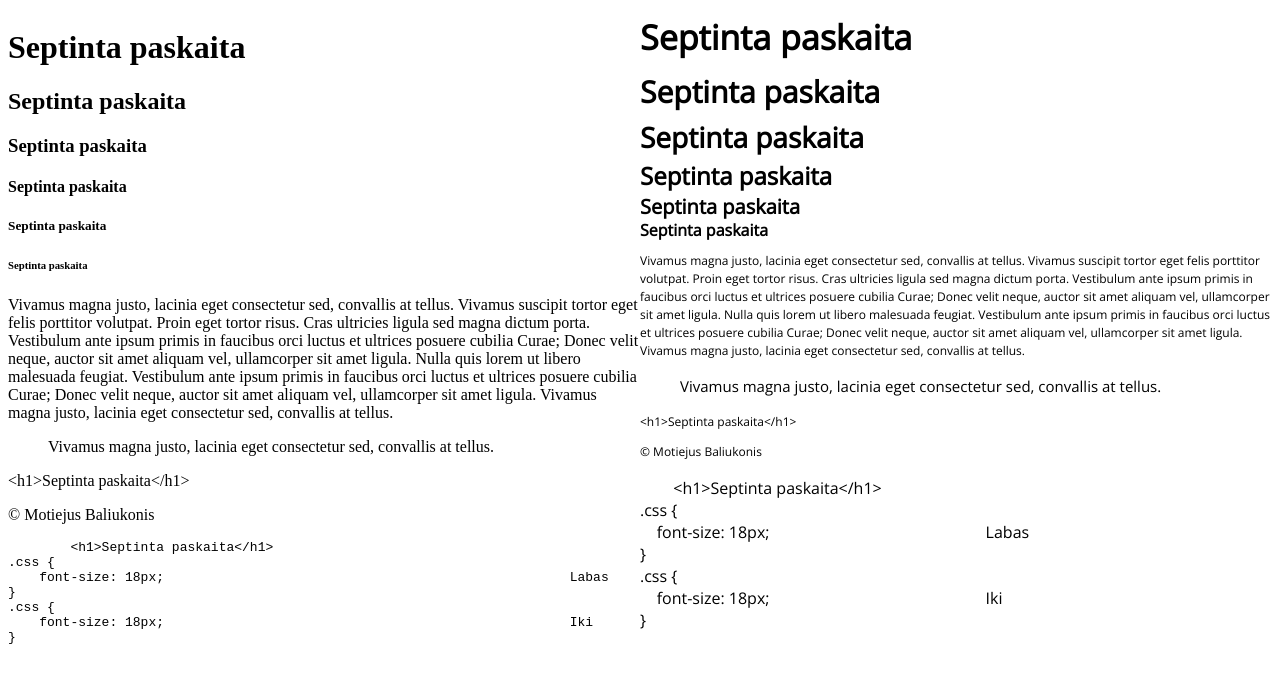
Repository: motiejus1/07-paskaita-05.31
Page: index.html
The author's editor kept a copy of each file at every save. The page is drawn from the files as they stood at one save, then again after a run of saves.
The browser window is 1280 px wide. The pictures show the whole page.

Above is the page before, as saved 2021-06-10 20:20:25.

### index.html
<!DOCTYPE html>
<html lang="en">
<head>
    <meta charset="UTF-8">
    <meta http-equiv="X-UA-Compatible" content="IE=edge">
    <meta name="viewport" content="width=device-width, initial-scale=1.0">
    <title>Septinta paskaita</title>

    <link rel="preconnect" href="https://fonts.gstatic.com">
    <link href="https://fonts.googleapis.com/css2?family=Open+Sans&display=swap" rel="stylesheet">

    <style>
        .container {
            width: 100%;
        }

        .left, .right {
            float:left;
            width: 50%;
        }

        .right {
            font-family: 'Open Sans', sans-serif;
        }

        .right pre {
            font-family: 'Open Sans', sans-serif;
            font-size:
        }

        .right h1, .right h2, .right h3, .right h4, .right h5, .right h6 {
            margin: 0;
            font-weight: 700;
        }

        .right h1 {
            /* font-family: 'Open Sans', sans-serif; */
            font-size: 34px;
            line-height: 1.75;
        }

        .right h2 {
            font-size: 30px;
            line-height: 1.6;
        }

        .right h3 {
            font-size: 28px;
            line-height: 1.5;
        }

        .right h4 {
            font-size: 24px;
            line-height: 1.5;
        }

        .right h5 {
            font-size: 20px;
            line-height: 1.3;
        }

        .right h6 {
            font-size: 16px;
            line-height: 1.3;
        }

        .right p {
            font-size: 12px;
            line-height: 1.5;
            font-weight: 400;
        }

        .right blockquote {
            font-size: 15px;
            line-height: 1.5;
            font-weight: 400;
        }

    </style>
</head>
<body>
    <div class="container">
        <div class="left">
            <h1>Septinta paskaita</h1>
            <h2>Septinta paskaita</h2>
            <h3>Septinta paskaita</h3>
            <h4>Septinta paskaita</h4>
            <h5>Septinta paskaita</h5>
            <h6>Septinta paskaita</h6>

            <p>Vivamus magna justo, lacinia eget consectetur sed, convallis at tellus. Vivamus suscipit tortor eget felis porttitor volutpat. Proin eget tortor risus. Cras ultricies ligula sed magna dictum porta. Vestibulum ante ipsum primis in faucibus orci luctus et ultrices posuere cubilia Curae; Donec velit neque, auctor sit amet aliquam vel, ullamcorper sit amet ligula. Nulla quis lorem ut libero malesuada feugiat. Vestibulum ante ipsum primis in faucibus orci luctus et ultrices posuere cubilia Curae; Donec velit neque, auctor sit amet aliquam vel, ullamcorper sit amet ligula. Vivamus magna justo, lacinia eget consectetur sed, convallis at tellus.</p>

            <blockquote>Vivamus magna justo, lacinia eget consectetur sed, convallis at tellus.</blockquote>

            <p> &lt;h1&gt;Septinta paskaita&lt;/h1&gt;  </p>
            <p>&copy; Motiejus Baliukonis</p>

            <pre>
        &lt;h1&gt;Septinta paskaita&lt;/h1&gt;
.css {
    font-size: 18px;                                                    Labas
}
.css {
    font-size: 18px;                                                    Iki
}
            </pre>
        </div>
        <div class="right">
            <h1>Septinta paskaita</h1>
            <h2>Septinta paskaita</h2>
            <h3>Septinta paskaita</h3>
            <h4>Septinta paskaita</h4>
            <h5>Septinta paskaita</h5>
            <h6>Septinta paskaita</h6>

            <p>Vivamus magna justo, lacinia eget consectetur sed, convallis at tellus. Vivamus suscipit tortor eget felis porttitor volutpat. Proin eget tortor risus. Cras ultricies ligula sed magna dictum porta. Vestibulum ante ipsum primis in faucibus orci luctus et ultrices posuere cubilia Curae; Donec velit neque, auctor sit amet aliquam vel, ullamcorper sit amet ligula. Nulla quis lorem ut libero malesuada feugiat. Vestibulum ante ipsum primis in faucibus orci luctus et ultrices posuere cubilia Curae; Donec velit neque, auctor sit amet aliquam vel, ullamcorper sit amet ligula. Vivamus magna justo, lacinia eget consectetur sed, convallis at tellus.</p>

            <blockquote>Vivamus magna justo, lacinia eget consectetur sed, convallis at tellus.</blockquote>

            <p> &lt;h1&gt;Septinta paskaita&lt;/h1&gt;  </p>
            <p>&copy; Motiejus Baliukonis</p>

            <pre>
        &lt;h1&gt;Septinta paskaita&lt;/h1&gt;
.css {
    font-size: 18px;                                                    Labas
}
.css {
    font-size: 18px;                                                    Iki
}
            </pre>
        </div>
    </div>
</body>
</html>

After the next 4 saves:
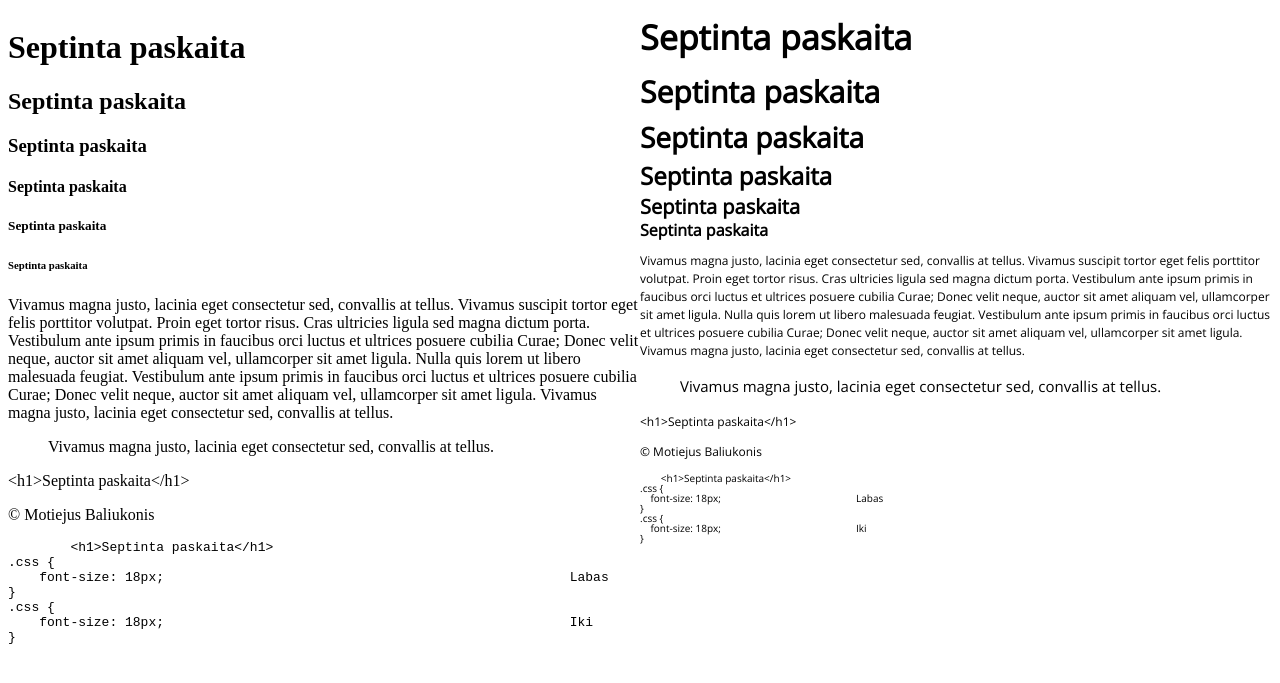
The 4 saves are shown as one change because they came seconds apart.
The last was saved 32 s later.
--- a/index.html
+++ b/index.html
@@ -25,7 +25,8 @@
 
         .right pre {
             font-family: 'Open Sans', sans-serif;
-            font-size:
+            font-size: 10px;
+            line-height: 1;
         }
 
         .right h1, .right h2, .right h3, .right h4, .right h5, .right h6 {
